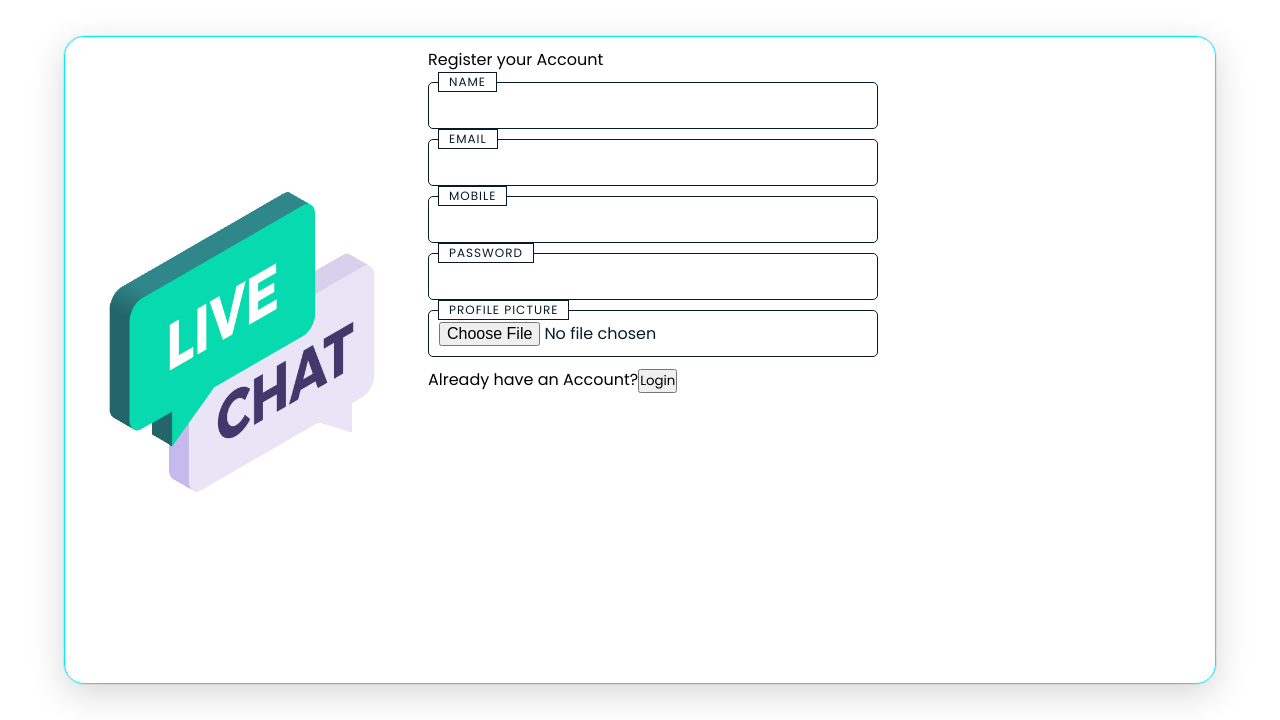
Repository: swastikjhacoder/mern-chat-frontend-only
Page: /
The author's editor kept a copy of each file at every save. The page is drawn from the files as they stood at one save, then again after a run of saves.
The browser window is 1280 px wide. The pictures show the whole page.
The project was rebuilt for these pictures with package versions that can differ from the ones it lists, and the page was loaded fresh each time. Also part of the build but not shown: src/components/chat/ConversationList.jsx, src/components/chat/SideBar.jsx, src/components/MainContainer.jsx, src/components/chat/MessageOthers.jsx, src/components/chat/MessageSelf.jsx, src/components/chat/ChatContainer.jsx, src/components/chat/OnlineUsers.jsx, src/components/chat/OnlineUsersGroup.jsx and 4 more.

Above is the page before, as saved 2023-09-22 07:56:47.

After the next 2 saves:
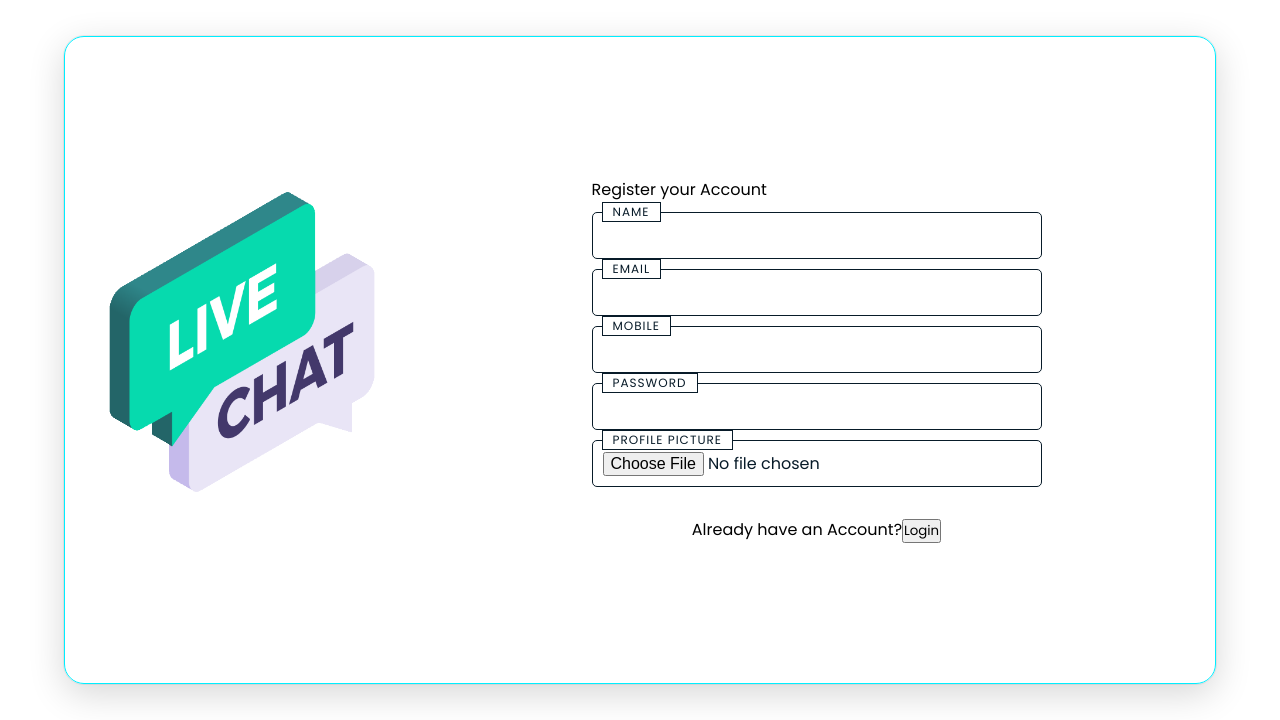
The 2 saves are shown as one change because they came seconds apart.
The last was saved 6 s later.
--- a/src/index.css
+++ b/src/index.css
@@ -463,7 +463,15 @@ body {
   gap: 10px;
 }
 
-.si
+.signUp-container {
+  display: flex;
+  flex-direction: column;
+  justify-content: center;
+  align-items: center;
+  gap: 20px;
+  margin: auto auto;
+  padding: 20px;
+}
 
 .welcome-container {
   display: flex;
